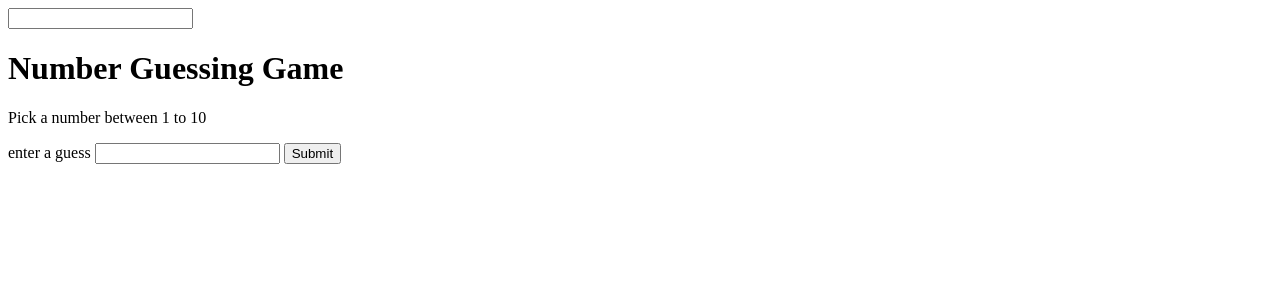
Repository: albinsabu2023/Stopwatch-program
Page: index.html
An editor plug-in stored every save of this project. The page is shown before and after the next save, followed by the edit.
The browser window is 1280 px wide. The pictures show the whole page.

Above is the page before, as saved 2023-03-02 22:26:59.

After the next save:
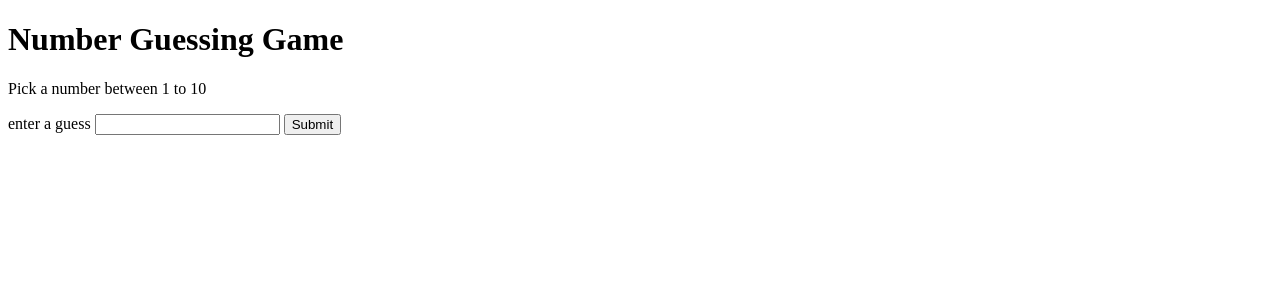
Saved 73 s later.
--- a/index.html
+++ b/index.html
@@ -1,5 +1,5 @@
 <!DOCTYPE html>
-<input lang="en">
+
 <head>
     <meta charset="UTF-8">
     <meta http-equiv="X-UA-Compatible" content="IE=edge">
